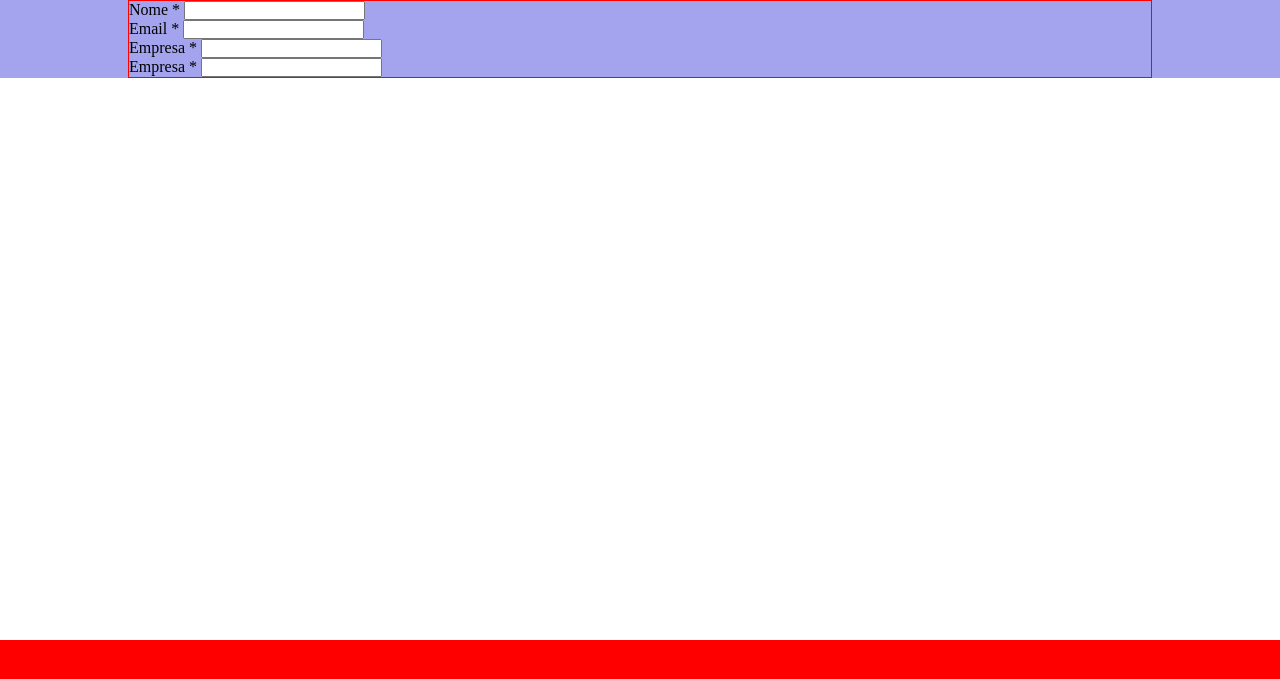
Repository: ecrseer/contatenos-html-js
Page: contatenos.html
An editor plug-in stored every save of this project. The page is shown before and after a run of saves, followed by the edit.
The browser window is 1280 px wide. The pictures show the whole page.

Above is the page before, as saved 2021-12-27 14:29:10.

After the next 2 saves:
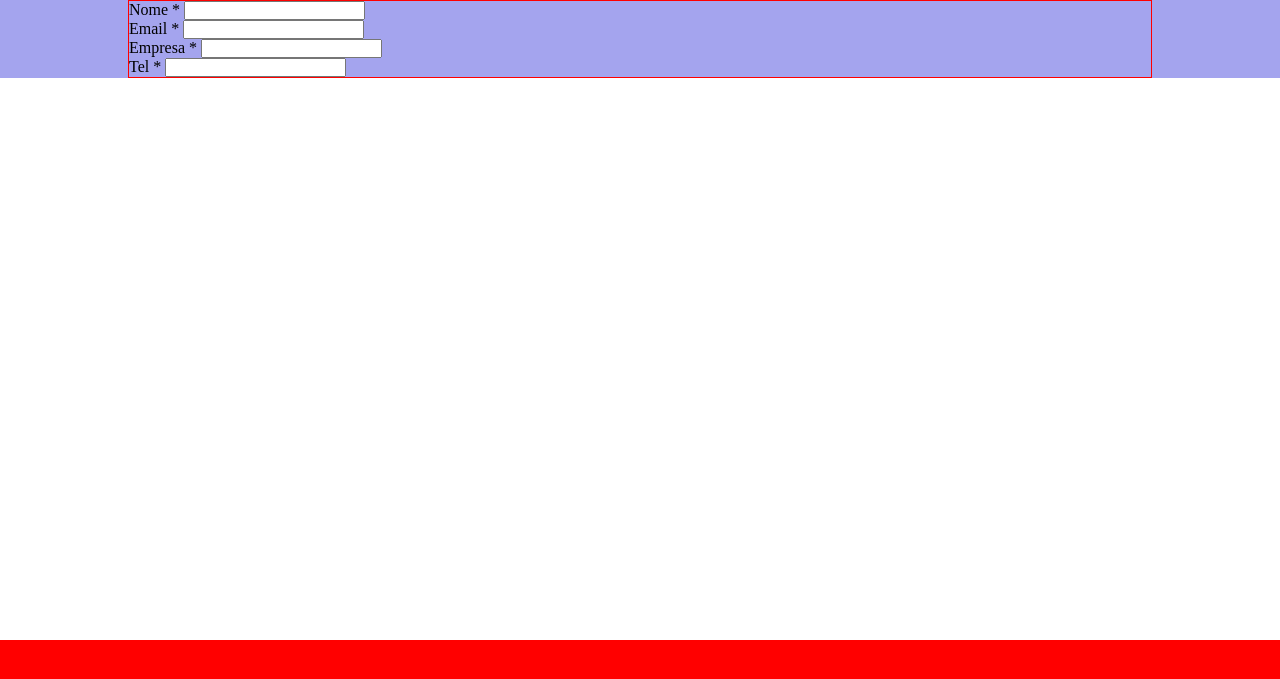
The 2 saves are shown as one change because they came seconds apart.
The last was saved 7 s later.
--- a/contatenos.html
+++ b/contatenos.html
@@ -27,7 +27,7 @@
                 <input type="text">
             </div>
             <div>
-                <label for="Nome">Empresa *</label>
+                <label for="Tel">Tel *</label>
                 <input type="text">
             </div>
 
